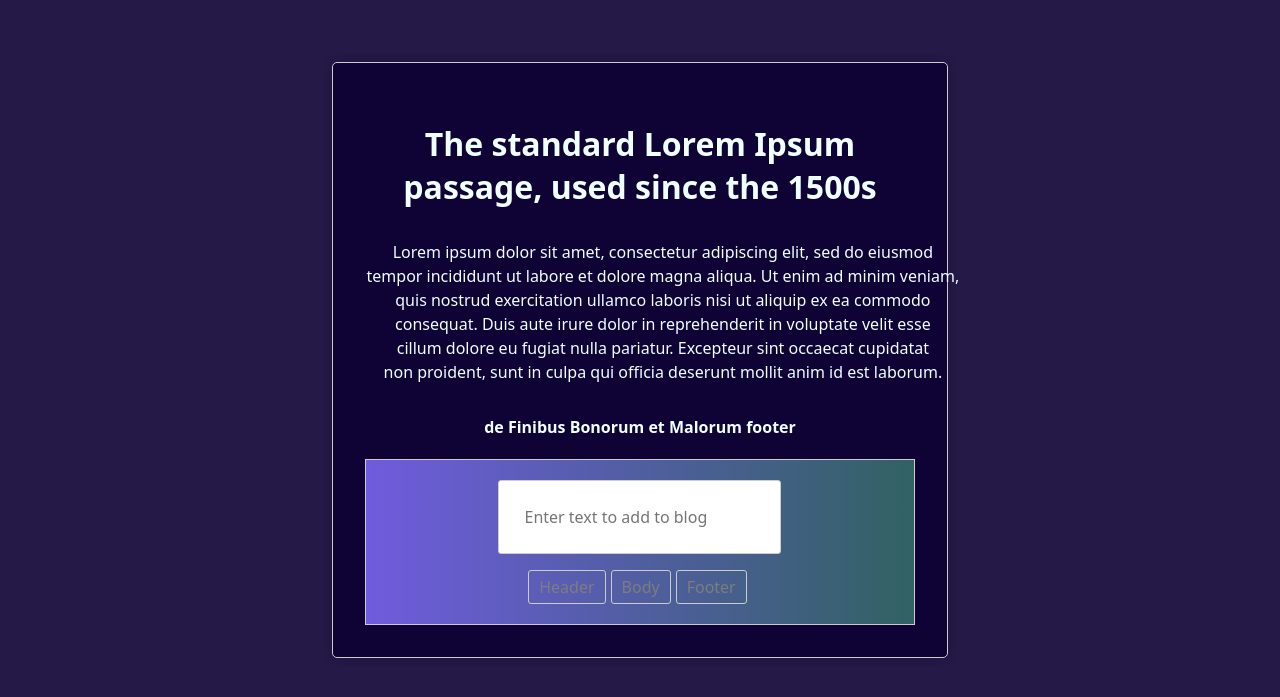
Repository: Freezler/AnnounceCraft
Page: index.html
An editor plug-in stored every save of this project. The page is shown before and after the next save, followed by the edit.
The browser window is 1280 px wide. The pictures show the whole page.

Above is the page before, as saved 2024-01-21 10:53:29.

After the next save:
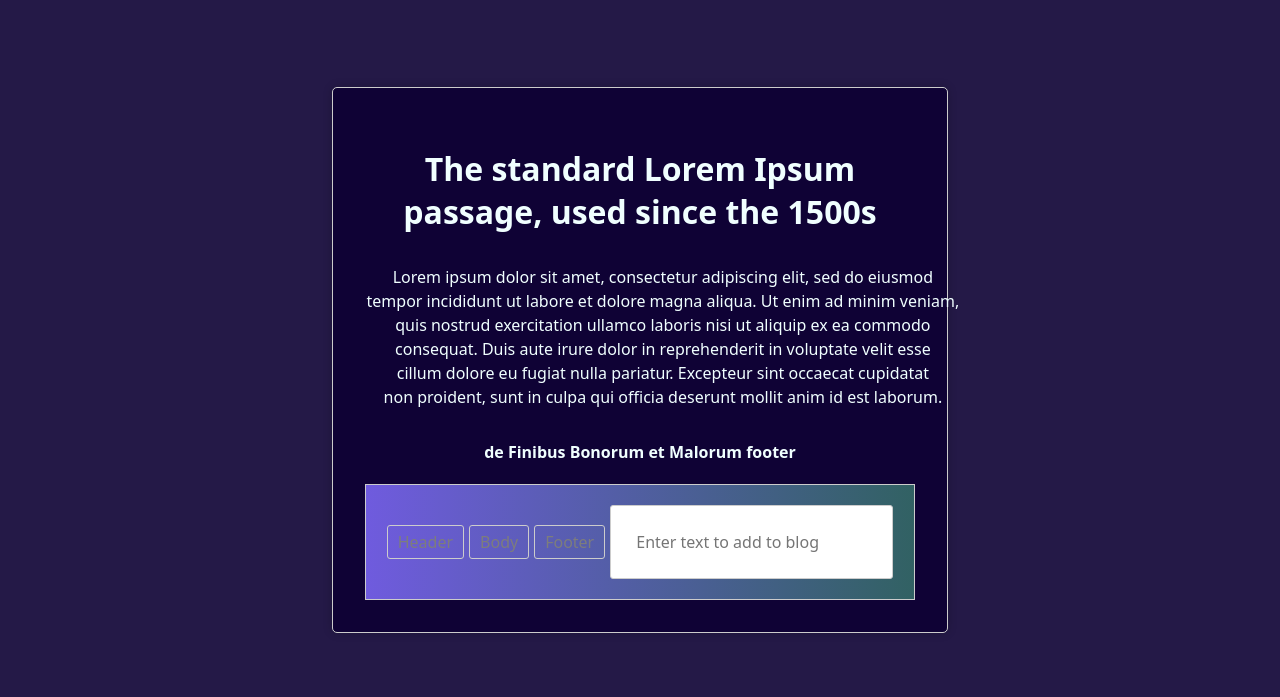
Saved 38 s later.
--- a/index.html
+++ b/index.html
@@ -12,14 +12,14 @@
         <p>{{ body }}</p>
         <h4>{{ footer }}</h4>
         <div class="choice-box">
-            <input v-model="selectedText" type="text" placeholder="Enter text to add to blog" />
-            <div class="radio-container">
-                <input type="radio" id="header" value="Header" v-model="selectedType" @change="updateText">
+			<div class="radio-container">
+				<input type="radio" id="header" value="Header" v-model="selectedType" @change="updateText">
                 <label for="header">Header</label>
                 <input type="radio" id="body" value="Body" v-model="selectedType" @change="updateText">
                 <label for="body">Body</label>
                 <input type="radio" id="footer" value="Footer" v-model="selectedType" @change="updateText">
                 <label for="footer">Footer</label>
+				<input v-model="selectedText" type="text" placeholder="Enter text to add to blog" />
             </div>
         </div>
     </section>
